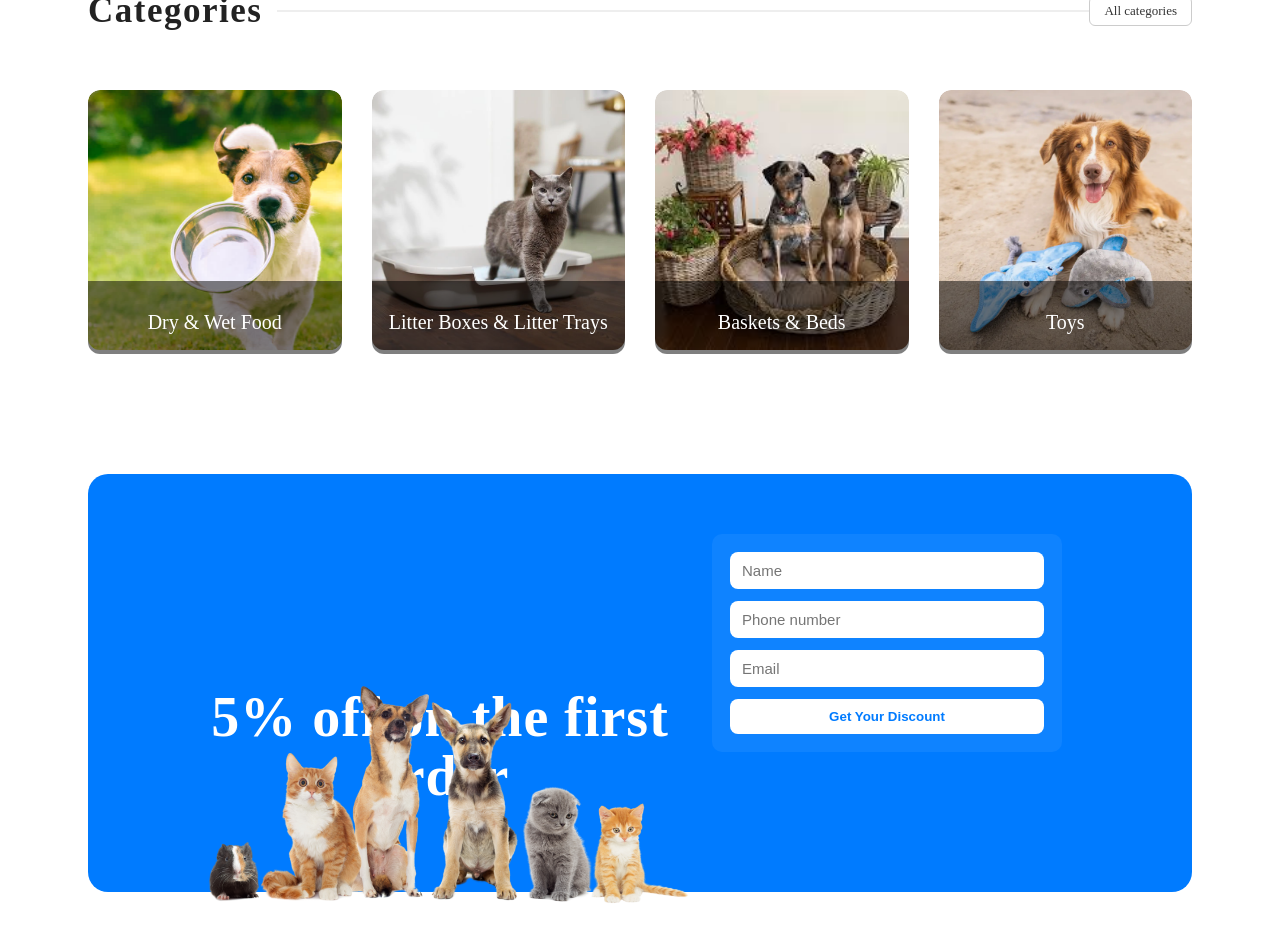
Repository: JuliiaJuliia/pet-shop-frontend
Page: / (app in pet-shop-frontend/)
These files come from the project's save history. The page is drawn as it stood at one moment and after the next save; the edit follows.
The browser window is 1280 px wide. The pictures show the part of the page from y = 693 to 1645 px (the page is 1645 px tall).
The project was rebuilt for these pictures with package versions that can differ from the ones it lists, and the page was loaded fresh each time. Also part of the build but not shown: pet-shop-frontend/vite.config.js, pet-shop-frontend/src/pages/CheckoutPage.jsx, pet-shop-frontend/src/api/axios.js, pet-shop-frontend/src/components/ProductList.jsx.

Above is the page before, as saved 2025-11-06 14:59:45.

### pet-shop-frontend/index.html
<!doctype html>
<html lang="en">
  <head>
    <meta charset="UTF-8" />
    <link rel="icon" type="image/svg+xml" href="/vite.svg" />
    <meta name="viewport" content="width=device-width, initial-scale=1.0" />
    <title>pet-shop-frontend</title>
  </head>
  <body>
    <div id="root"></div>
    <script type="module" src="/src/main.jsx"></script>
  </body>
</html>

### pet-shop-frontend/src/main.jsx
import HomePage from "./pages/HomePage";
import CheckoutPage from "./pages/CheckoutPage";
import React from "react";
import ReactDOM from "react-dom/client";
import { BrowserRouter, Routes, Route } from "react-router-dom";
import Header from "./components/Header/Header.jsx";
import ProductList from "./components/ProductList";

function Categories() {
  return <h2 style={{ textAlign: "center" }}>Categories Page</h2>;
}

function Sales() {
  return <h2 style={{ textAlign: "center" }}>Sales Page</h2>;
}

function Cart() {
  return <h2 style={{ textAlign: "center" }}>Your Cart is empty</h2>;
}

ReactDOM.createRoot(document.getElementById("root")).render(
  <BrowserRouter>
    <Header />
    <Routes>
      <Route path="/" element={<HomePage />} />
      <Route path="/categories" element={<Categories />} />
      <Route path="/products" element={<ProductList />} />
      <Route path="/sales" element={<Sales />} />
      <Route path="/cart" element={<Cart />} />
    </Routes>
  </BrowserRouter>
);

### pet-shop-frontend/src/pages/HomePage.jsx
import React from "react";
import MainBanner from "../components/MainBanner";
import Categories from "../components/Categories";
import DiscountBanner from "../components/DiscountBanner"; // 👈 ось цей рядок

const HomePage = () => {
  return (
    <div>
      <MainBanner />
      <Categories />
      <DiscountBanner />   {/* 👈 він має бути тут */}
    </div>
  );
};

export default HomePage;

### pet-shop-frontend/src/components/Header/Header.jsx
import React from "react";
import { Link } from "react-router-dom";
import "./Header.css";

const Header = () => {
  return (
    <header className="header">
      <div className="header__logo">
        <Link to="/">PetShop 🐾</Link>
      </div>
      <nav className="header__nav">
        <Link to="/">Main Page</Link>
        <Link to="/categories">Categories</Link>
        <Link to="/products">All products</Link>
        <Link to="/sales">All sales</Link>
      </nav>
      <div className="header__cart">
        <Link to="/cart">
        <img src="/icon.svg" alt="Cart" className="header__cart-icon" />
        </Link>
</div>
    </header>
  );
};

export default Header;

### pet-shop-frontend/src/components/MainBanner.jsx
import React from "react";
import { Link } from "react-router-dom";
import "./MainBanner.css";

const MainBanner = () => {
  return (
    <section className="main-banner">
      <div className="main-banner__overlay">
        <div className="main-banner__content">
        <h1>Amazing Discounts <br /> on Pets Products!</h1>
        <Link to="/checkout" className="banner-btn">Check out</Link>
        </div>
      </div>
    </section>
  );
};

export default MainBanner;

### pet-shop-frontend/src/components/Categories.jsx
import React from "react";
import { Link } from "react-router-dom";
import "./Categories.css";

const categories = [
  { id: 1, name: "Dry & Wet Food", image: "/Dog.jpg" },
  { id: 2, name: "Litter Boxes & Litter Trays", image: "/Cat.jpg" },
  { id: 3, name: "Baskets & Beds", image: "/Dogs.jpg" },
  { id: 4, name: "Toys", image: "/Dog and Fish.jpg" },
];

const Categories = () => {
  return (
    <section className="categories">
      <div className="categories__header">
        <h2>Categories</h2>
        <div className="categories__line"></div>

        <Link to="/products" className="all-categories-btn">
          All categories
        </Link>
      </div>

      <div className="categories__grid">
        {categories.map((category) => (
          <div key={category.id} className="category-card">
            <img src={category.image} alt={category.name} />
            <div className="category-card__overlay">
              <p>{category.name}</p>
            </div>
          </div>
        ))}
      </div>
    </section>
  );
};

export default Categories;

### pet-shop-frontend/src/components/DiscountBanner.jsx
import React from "react";
import "./DiscountBanner.css";

const DiscountBanner = () => {
  return (
    <section className="discount-banner">
      <div className="discount-banner__content">
        <div className="discount-banner__left">
          <h2>5% off on the first order</h2>
          <img src="/Pets.jpg" alt="pets" className="discount-banner__image" />
        </div>

        <div className="discount-banner__form">
          <form>
            <input type="text" placeholder="Name" required />
            <input type="phone" placeholder="Phone number" required />
            <input type="email" placeholder="Email" required />
            <button type="submit">Get Your Discount</button>
          </form>
        </div>
      </div>
    </section>
  );
};

export default DiscountBanner;

### pet-shop-frontend/src/components/Header/Header.css
.header {
    display: flex;
    align-items: center;
    justify-content: space-between;
    padding: 20px 60px;
    background-color: #fff;
    box-shadow: 0 2px 5px rgba(0, 0, 0, 0.05);
    position: sticky;
    top: 0;
    z-index: 10;
  }

  .header__logo a {
    font-size: 40px;
    font-weight: 400;
    color: #3d3c3c;
    text-decoration: none;
    display: flex;
    align-items: center;
    gap: 10px;
  }

  .header__nav {
    display: flex;
    gap: 30px;
  }

  .header__nav a {
    font-size: 20px;
    text-decoration: none;
    color: #38383a;
    font-weight: 550;
    transition: 0.3s;
    cursor: url("data:[embedded picture, 129 characters]"), auto;
  }

  .header__nav a:hover {
    color: #24973bf3;
  }

  .cart-icon {
    font-size: 20px;
    text-decoration: none;
  }

  .header__cart-icon {
    width: 30px;
    height: 30px;
    object-fit: contain;
    transition: transform 0.3s ease;
    cursor: url("data:[embedded picture, 129 characters]"), auto;
  }

  .header__cart-icon:hover {
    transform: rotate(10deg) scale(1.15);
  }

### pet-shop-frontend/src/components/MainBanner.css
.main-banner {
  position: relative;
  width: 100%;
  height: 500px;
  background: url("/banner-dog.jpg") center/cover no-repeat;
  display: flex;
  align-items: center;
  justify-content: center;
  border-radius: 10px;
  overflow: hidden;
  margin-bottom: 60px;
}

/* Полупрозрачный шар поверх картинки */
.main-banner__overlay {
  background: rgba(0, 0, 0, 0.35);
  width: 100%;
  height: 100%;
  display: flex;
  align-items: center;
  justify-content: center;
}

/* Текст и кнопка */
.main-banner__content {
  text-align: left;
  color: #fff;
  max-width: 800px;
  padding: 0 40px;
  line-height: 1.1;
  white-space: normal;
  word-break: break-word;
}

.main-banner__content h1 {
  font-size: 54px;
  font-weight: 700;
  line-height: 1.2;
  margin-bottom: 40px;
}


.main-banner__button {
  background-color: #53b955df;
  color: rgb(255, 255, 255);
  border: none;
  border-radius: 6px;
  font-size: 18px;
  padding: 14px 30px;
  cursor: pointer;
  transition: all 0.3s ease;
  cursor: url("data:[embedded picture, 129 characters]"), auto;
}

.main-banner__button:hover {
  background-color: #24973b91;
  ;
  transform: scale(1.05);
}

.banner-btn {
  display: inline-block;
  background-color: #53b955df;
  color: white;
  border: none;
  border-radius: 6px;
  font-size: 18px;
  padding: 14px 30px;
  text-decoration: none;
  text-align: center;
  cursor: pointer;
  transition: all 0.3s ease;
}

.banner-btn:hover {
  background-color: #24973b91;
  transform: scale(1.05);
}

### pet-shop-frontend/src/components/Categories.css
.categories {
    padding: 0px 80px 60px;
    background-color: #fff;
  }

  .categories__title {
    font-size: 36px;
    font-weight: 600;
    margin-bottom: 30px;
    color: #222;
  }

  .categories__grid {
    display: grid;
    grid-template-columns: repeat(auto-fit, minmax(220px, 1fr));
    gap: 30px;
    justify-items: center;
  }

  .category-card {
    position: relative;
    width: 100%;
    max-width: 260px;
    border-radius: 12px;
    overflow: hidden;
    cursor: url("data:[embedded picture, 129 characters]"), auto;
    transition: transform 0.3s ease;
  }

  .category-card img {
    width: 100%;
    height: 260px;
    object-fit: cover;
    border-radius: 12px;
  }

  .category-card__overlay {
    position: absolute;
    display: flex;
    justify-content: center;
    align-items: center;
    text-align: center;
    bottom: 0;
    left: 0;
    right: 0;
    background: rgba(0, 0, 0, 0.5);
    color: #fff;
    font-size: 20px;
    font-weight: 500;
    padding-top: 10px;
    transition: background 0.3s ease;
  }

  .category-card:hover {
    transform: scale(1.05);
  }

  .category-card:hover .category-card__overlay {
    background: rgba(0, 0, 0, 0.7);
  }

  .categories__header {
    display: flex;
    align-items: center;
    justify-content: space-between;
    position: relative;
    margin-bottom: 30px;
  }

  .categories__header h2 {
    font-size: 35px;
    font-weight: 700;
    color: #222;
    letter-spacing: 1.5px;
    background-color: #fff;
    padding-right: 15px;
    z-index: 1;
  }

  .categories__line {
    position: absolute;
    left: 0;
    right: 0;
    height: 1px;
    background-color: #ddd;
    top: 50%;
    transform: translateY(-50%);
    z-index: 0;
  }

  .all-categories-btn {
    display: inline-flex;
    align-items: center;
    justify-content: center;
    background-color: #fff;
    border: 1px solid #ccc;
    border-radius: 6px;
    padding: 6px 14px;
    font-size: 13px;
    font-weight: 500;
    color: #333;
    text-decoration: none;
    outline: none;
    cursor: pointer;
    z-index: 1;
    transition: all 0.3s ease;
  }

  .all-categories-btn:hover {
    background-color: #53b955cd;
    color: #fff;
    border-color: #24973b91;
    transform: scale(1.05);
    cursor: url("/paw-cursor.png"), auto;
    cursor: url("data:[embedded picture, 129 characters]"), auto;
  }

### pet-shop-frontend/src/components/DiscountBanner.css
/* контейнер банера */
.discount-banner {
    background-color: #007bff;
    color: #fff;
    border-radius: 20px;
    margin: 60px 80px;
    padding: 60px 80px 140px; /* зверни увагу: великий паддінг знизу для місця під тварин */
    position: relative;
    overflow: visible;
    display: block;
  }

  /* заголовок — по центру всього блоку (горизонтально + вертикально) */
  .discount-banner__left h2 {
    position: absolute;
    top: 50%;
    left: 50%;
    transform: translate(-50%, -50%);
    margin: 0;
    font-size: 56px;
    font-weight: 700;
    letter-spacing: 1px;
    text-align: center;
    width: 100%;
    line-height: 1.05;
  }

  /* вміст під заголовком: картинка ліворуч, форма праворуч */
  .discount-banner__content {
    display: flex;
    justify-content: space-between;
    align-items: flex-end;
    gap: 50px;
    width: 100%;
    position: relative;
    margin-top: 0px;
  }

  /* ліва частина (картинка) */
  .discount-banner__left {
    flex: 1;
    display: flex;
    justify-content: center;
    align-items: flex-end;    /* картинка "сидить" внизу колонки */
    position: relative;
    padding-bottom: 10px;     /* трохи простору під картинкою */
  }

  /* картинка тварин — збільшена і з позицією внизу (на межі фону) */
  .discount-banner__image {
    max-width: 720px;         /* збільшити розмір тварин */
    width: 100%;
    height: auto;
    object-fit: contain;
    position: absolute;
    left: 50%;
    transform: translateX(-50%);
    bottom: -160px;
  }

  /* права частина — форма (по центру вертикалі блоку) */
  .discount-banner__form {
    flex: 0 0 350px;
    right: 50px;
    top: ;
    display: flex;
    align-items: center;
    justify-content: center;
    position: relative;
  }

  /* стилі самої форми */
  .discount-banner__form form {
    width: 100%;
    display: flex;
    flex-direction: column;
    gap: 12px;
    background: rgba(255,255,255,0.06); /* легке напівпрозоре тло, зливається з фоном */
    padding: 18px;
    border-radius: 10px;
  }

  .discount-banner__form input {
    padding: 10px 12px;
    border-radius: 8px;
    border: none;
    font-size: 15px;
    outline: none;
  }

  .discount-banner__form button {
    padding: 10px 14px;
    border-radius: 8px;
    border: none;
    background: #fff;
    color: #007bff;
    font-weight: 600;
    cursor: pointer;
  }

  /* адаптация под мобильные екраны */
  @media (max-width: 900px) {
    .discount-banner {
      margin: 30px 24px;
      padding: 40px 24px 120px;
    }
    .discount-banner__left h2 {
      font-size: 34px;
      top: 42%;
    }
    .discount-banner__content {
      flex-direction: column;
      align-items: center;
      margin-top: 60px;
    }
    .discount-banner__form {
      width: 100%;
      flex: none;
      margin-top: 20px;
    }
    .discount-banner__image {
      position: relative;
      bottom: -6px;
      left: 50%;
      transform: translateX(-50%);
      max-width: 320px;
    }
  }

After the next save:
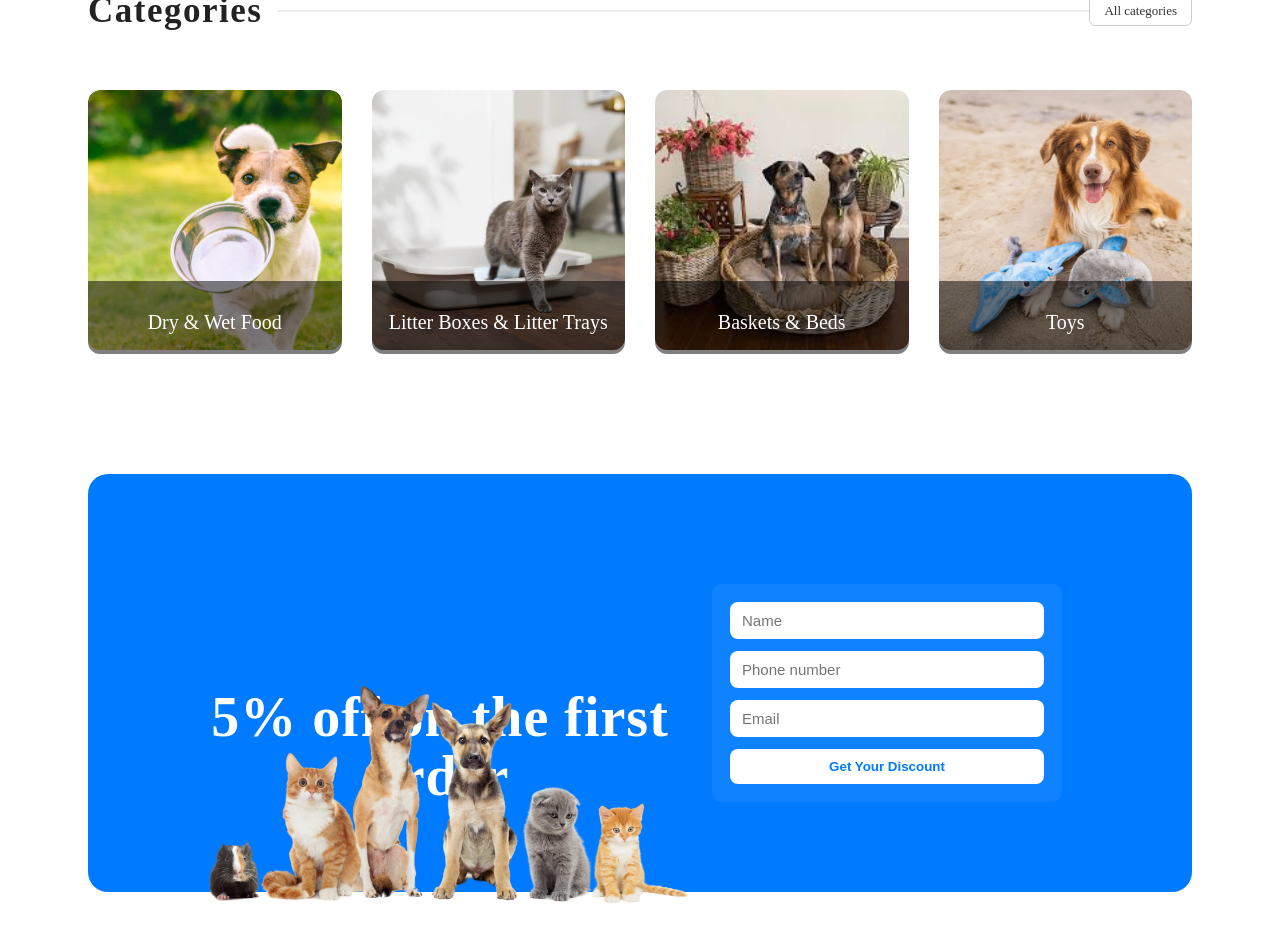
Saved 4 s later.
--- a/pet-shop-frontend/src/components/DiscountBanner.css
+++ b/pet-shop-frontend/src/components/DiscountBanner.css
@@ -62,7 +62,7 @@
   .discount-banner__form {
     flex: 0 0 350px;
     right: 50px;
-    top: ;
+    top: 50px;
     display: flex;
     align-items: center;
     justify-content: center;
